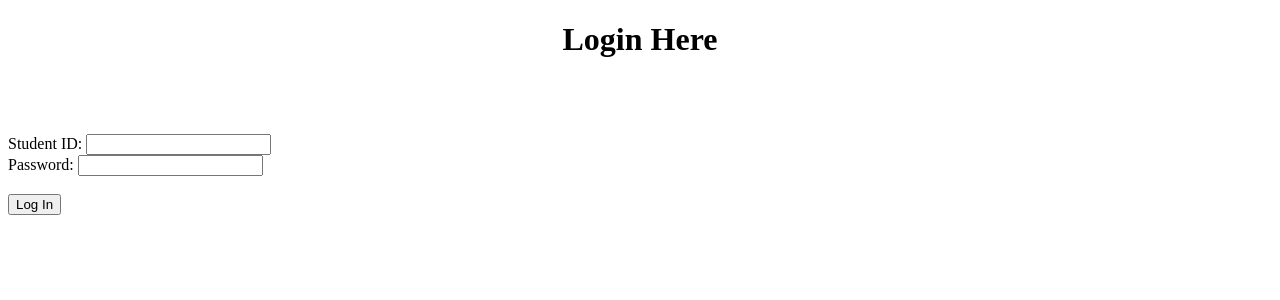
Repository: weshayutin/java258Online
Page: http://localhost/Week5Assignment2/login.jsp
These files come from the project's save history. The page is drawn as it stood at one moment and after a run of saves; the edit follows.
The browser window is 1280 px wide. The pictures show the whole page.
The page is served by Tomcat 9. Other server files are loaded and not shown.

Above is the page before, as saved 2011-02-16 03:00:45.

### workspace/Week5Assignment2/WebContent/login.jsp
<%@ page import ="java.util.*" language="java" contentType="text/html; charset=UTF-8"
    pageEncoding="UTF-8"%>
<!DOCTYPE html PUBLIC "-//W3C//DTD HTML 4.01 Transitional//EN" "http://www.w3.org/TR/html4/loose.dtd">
<html>
<head>
<meta http-equiv="Content-Type" content="text/html; charset=UTF-8">
<title>Login Here</title>
</head>
<body>
<%
	String message = (String)request.getAttribute("message");
    if(message == null){
    }
    else{
		out.println("<br><b>"+message+"</b><br>");
    }
    String URI = request.getRequestURI();
    String myRefferingPage = (String)session.getAttribute("page");
    if(myRefferingPage == null){
    }
    else{
    	out.println("<br><b> URI= "+URI+"</b><br>");
		out.println("<br><b> myRefferingPage= "+myRefferingPage+"</b><br>");
		response.addHeader("page",myRefferingPage);
    }


%>

<h1 align="center"> Login Here</h1>
<br><br><br>
<form action="ValidateUser.do" method="POST">
	Student ID: <input type="text" name="name"/><br>
	Password: <input type="password" name="password"/><br/><br/>

	 <input type="SUBMIT" value="Log In"/>
</form>

</body>
</html>

After the next 2 saves:
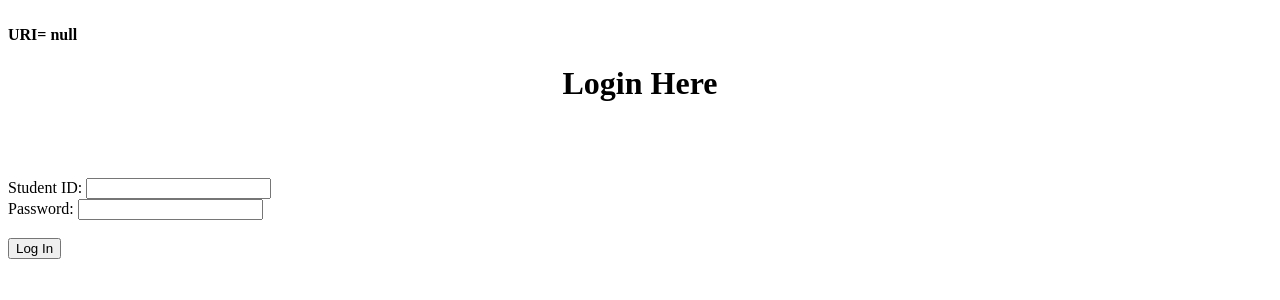
The 2 saves are shown as one change because 1 did not build or start.
The last was saved 2 min 15 s later.
--- a/workspace/Week5Assignment2/WebContent/login.jsp
+++ b/workspace/Week5Assignment2/WebContent/login.jsp
@@ -14,15 +14,9 @@
     else{
 		out.println("<br><b>"+message+"</b><br>");
     }
-    String URI = request.getRequestURI();
-    String myRefferingPage = (String)session.getAttribute("page");
-    if(myRefferingPage == null){
-    }
-    else{
-    	out.println("<br><b> URI= "+URI+"</b><br>");
-		out.println("<br><b> myRefferingPage= "+myRefferingPage+"</b><br>");
-		response.addHeader("page",myRefferingPage);
-    }
+
+    String URI = (String)session.getAttribute("page");
+    out.println("<br><b> URI= "+URI+"</b><br>");
 
 
 %>
